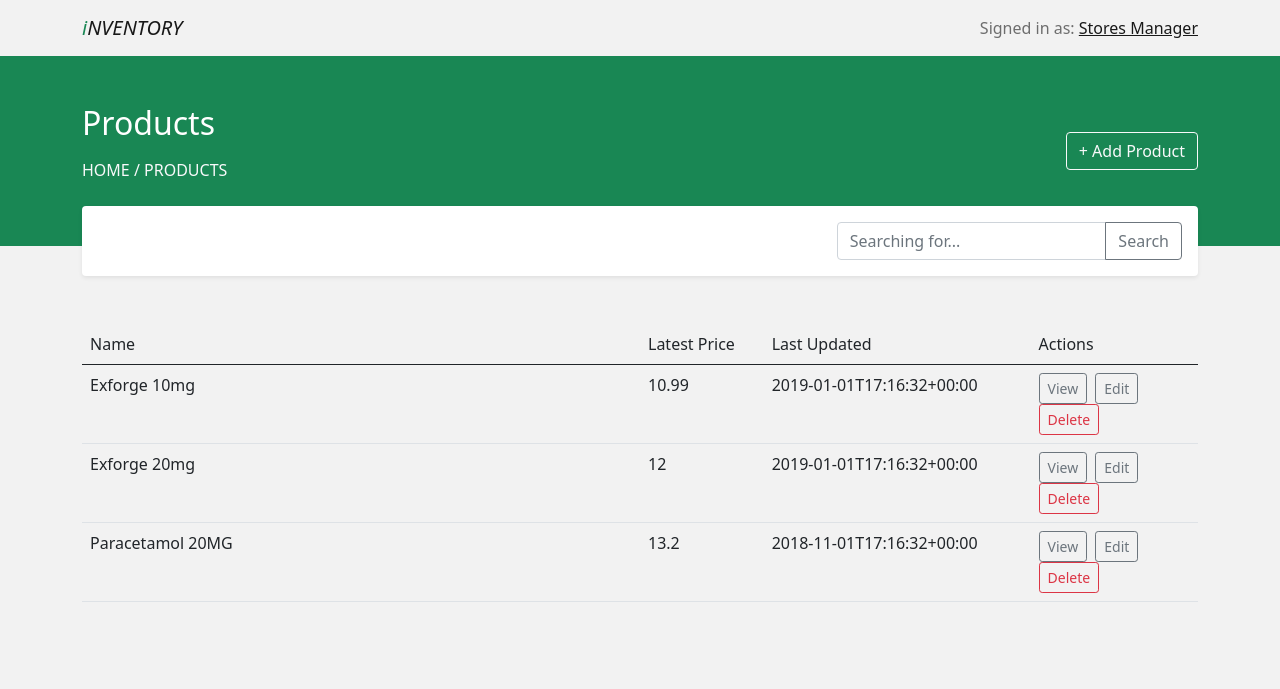
Repository: tHEO2k17/inventory-manager
Page: /
An editor plug-in stored every save of this project. The page is shown before and after the next save, followed by the edit.
The browser window is 1280 px wide. The pictures show the whole page.
The project was rebuilt for these pictures with package versions that can differ from the ones it lists, and the page was loaded fresh each time.

Above is the page before, as saved 2021-08-31 09:36:11.

### src/index.tsx
import React from 'react';
import ReactDOM from 'react-dom';
import './index.scss';
import App from './presentation/App';

ReactDOM.render(
  <React.StrictMode>
    <App />
  </React.StrictMode>,
  document.getElementById('root')
);

### src/index.scss
@import '~bootstrap/scss/bootstrap.scss';

body{
    background-color: #F2F2F2;
}

.mtn-40{
    margin-top: -40px;
}

### src/presentation/App.tsx
import ProductsPage from './pages/ProductsPage';

export default function App() {
  return ( <ProductsPage/> );
}

### src/presentation/pages/ProductsPage.tsx
import { Component } from "react"
import { Button, Card, Col, Container, FormControl, InputGroup, Row, Table } from "react-bootstrap";
import { mock } from "../../core/mock";
import Banner from "../components/Banner";
import Product from "../components/Product";
import ProductForm from "../components/ProductForm";
import TopBar from "../components/TopBar";

export default class ProductsPage extends Component {
    // constructor(props: any) {
    //     super(props);
    // }

    render() {
        return (
            <>
                <TopBar />
                <Banner />
                <Container>
                    <Card className="mtn-40 border-0 shadow-sm">
                        <Card.Body>
                            <Row>
                                <Col md="4" className="offset-8">
                                    <InputGroup>
                                        <FormControl
                                            placeholder="Searching for..."
                                            aria-label="Searching for..."
                                            aria-describedby="basic-addon2"
                                        />
                                        <Button variant="outline-secondary" id="button-addon2"> Search</Button>
                                    </InputGroup>
                                </Col>
                            </Row>
                        </Card.Body>
                    </Card>
                    {/* <ProductForm /> */}
                    <Table className="mt-5">
                        <thead>
                            <tr>
                                <td width="50%">Name</td>
                                <td>Latest Price</td>
                                <td>Last Updated</td>
                                <td width="15%">Actions</td>
                            </tr>
                        </thead>
                        <tbody>
                            {
                                mock.products.map(product => <Product key={product.id} product={product} />)
                            }
                        </tbody>
                    </Table>
                </Container>
            </>
        );
    }
}

### src/core/mock.ts
export const mock = {
    "products": [
        {
            "id": 1,
            "name": "Exforge 10mg",
            "prices": [
                {
                    "id": 1,
                    "price": 10.99,
                    "date": "2019-01-01T17:16:32+00:00"
                },
                {
                    "id": 2,
                    "price": 9.20,
                    "date": "2018-11-01T17:16:32+00:00"
                }
            ]
        },
        {
            "id": 2,
            "name": "Exforge 20mg",
            "prices": [
                {
                    "id": 3,
                    "price": 12.00,
                    "date": "2019-01-01T17:16:32+00:00"
                },
                {
                    "id": 4,
                    "price": 13.20,
                    "date": "2018-11-01T17:16:32+00:00"
                }
            ]
        },
        {
            "id": 3,
            "name": "Paracetamol 20MG",
            "prices": [
                {
                    "id": 5,
                    "price": 5.00,
                    "date": "2017-01-01T17:16:32+00:00"
                },
                {
                    "id": 6,
                    "price": 13.20,
                    "date": "2018-11-01T17:16:32+00:00"
                }
            ]
        }
    ]
};

### src/presentation/components/Banner.tsx
import { Button, Col, Container, Row } from "react-bootstrap";

const Banner = () => {
    return (
        <section className="bg-success">
            <Container className="py-5 text-white">
                <Row className="align-items-center">
                    <Col>
                        <h2>Products</h2>
                        <p className="text-light mt-3 fw-light fs-6">HOME / PRODUCTS</p>
                    </Col>
                    <Col>
                        <Button variant="outline-light" className="float-end">+ Add Product</Button>
                    </Col>
                </Row>
            </Container>
        </section>
    );
}

export default Banner;

### src/presentation/components/Product.tsx
import { Button } from "react-bootstrap"
import moment from 'moment';

const Product = ({ product }: ProductProps) => {

    const findLatestPriceInfo = (prices: any[]): any => {
        return prices.reduce(
            (acc: any, value: any) =>
                moment(acc.date).isAfter(value.date)
                    ? acc
                    : value
        );
    }

    return (
        <tr>
            <td>{product.name}</td>
            <td>{findLatestPriceInfo(product.prices).price}</td>
            <td>{findLatestPriceInfo(product.prices).date}</td>
            <td>
                <Button size="sm" variant="outline-secondary">View</Button>
                <Button size="sm" variant="outline-secondary" className="mx-2">Edit</Button>
                <Button size="sm" variant="outline-danger">Delete</Button>
            </td>
        </tr>
    );

}

export default Product;

type ProductProps = {
    key: any,
    product: any
}

### src/presentation/components/TopBar.tsx
import { Container, Navbar } from "react-bootstrap";

const TopBar = () => {
    return (
        <Navbar>
            <Container>
                <Navbar.Brand href="#home" className="fst-italic"><span className="text-success">i</span>NVENTORY</Navbar.Brand>
                <Navbar.Toggle />
                <Navbar.Collapse className="justify-content-end">
                    <Navbar.Text>
                        Signed in as: <a href="#login">Stores Manager</a>
                    </Navbar.Text>
                </Navbar.Collapse>
            </Container>
        </Navbar>
    );
}

export default TopBar;

Loaded but not shown: public/index.html (common file)

After the next save:
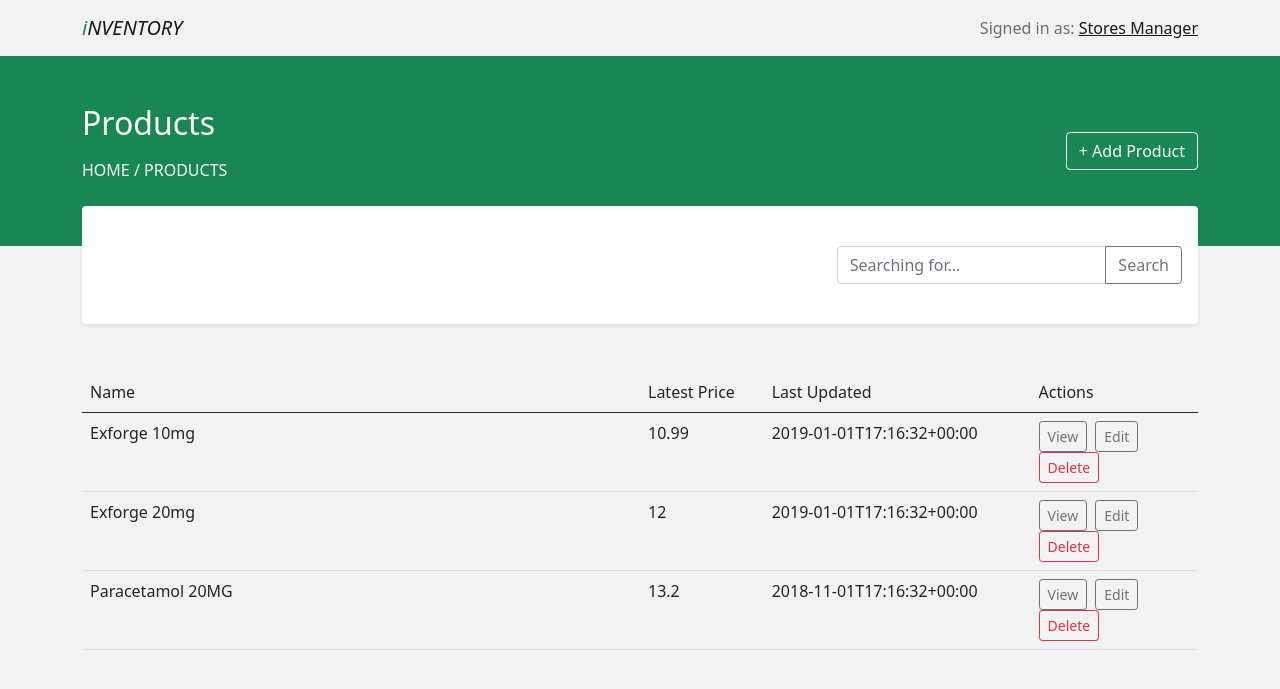
Saved 15 s later.
--- a/src/presentation/pages/ProductsPage.tsx
+++ b/src/presentation/pages/ProductsPage.tsx
@@ -18,7 +18,7 @@ export default class ProductsPage extends Component {
                 <Banner />
                 <Container>
                     <Card className="mtn-40 border-0 shadow-sm">
-                        <Card.Body>
+                        <Card.Body className="my-4">
                             <Row>
                                 <Col md="4" className="offset-8">
                                     <InputGroup>
